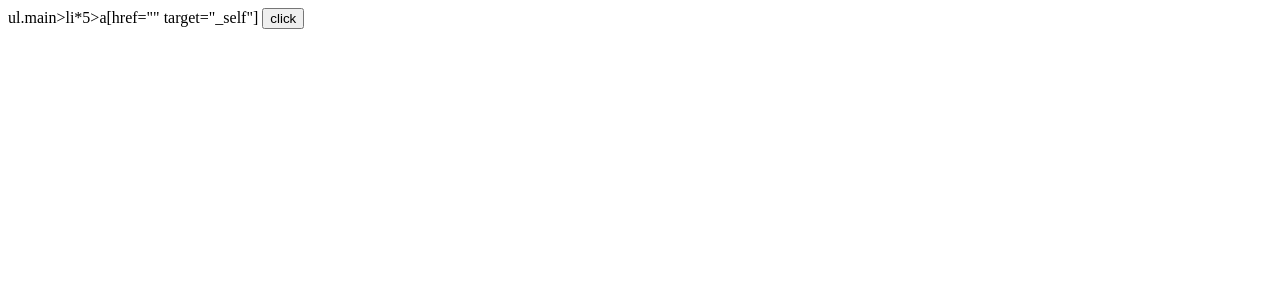
Repository: Kienroro2003/Kienroro-Learning-Evondev-Course
Page: reactjs/test.html
An editor plug-in stored every save of this project. The page is shown before and after a run of saves, followed by the edit.
The browser window is 1280 px wide. The pictures show the whole page.

Above is the page before, as saved 2022-10-19 02:28:35.

### reactjs/test.html
<!DOCTYPE html>
<html lang="en">
  <head>
    <meta charset="UTF-8" />
    <meta http-equiv="X-UA-Compatible" content="IE=edge" />
    <meta name="viewport" content="width=device-width, initial-scale=1.0" />
    <title>set attribute</title>
    <style>
      a {
        display: inline-block;
        padding: 10px 20px;
        background-color: tomato;
        color: white;
        text-decoration: none;
        border-radius: 5px;
      }
    </style>
  </head>
  <body>
    ul.main>li*5>a[href="" target="_self"]
    <button onclick="changeAttribute()">click</button>
    <script>
      function changeAttribute() {
        const attr = document.querySelectorAll(".link");
        attr.forEach((selector) => selector.setAttribute("target", "_blank"));
      }
    </script>
  </body>
</html>

After the next 2 saves:
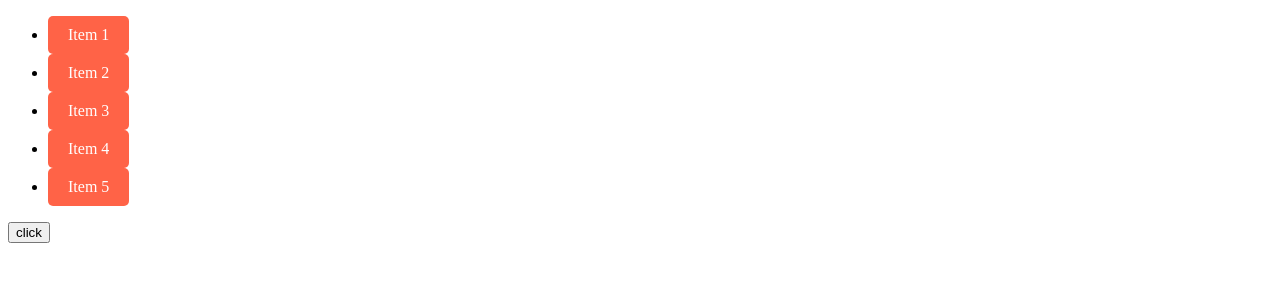
The 2 saves are shown as one change because they came seconds apart.
The last was saved 9 s later.
--- a/reactjs/test.html
+++ b/reactjs/test.html
@@ -17,7 +17,13 @@
     </style>
   </head>
   <body>
-    ul.main>li*5>a[href="" target="_self"]
+    <ul class="main">
+        <li><a href="" target="_self">Item 1</a></li>
+        <li><a href="" target="_self">Item 2</a></li>
+        <li><a href="" target="_self">Item 3</a></li>
+        <li><a href="" target="_self">Item 4</a></li>
+        <li><a href="" target="_self">Item 5</a></li>
+    </ul>
     <button onclick="changeAttribute()">click</button>
     <script>
       function changeAttribute() {
